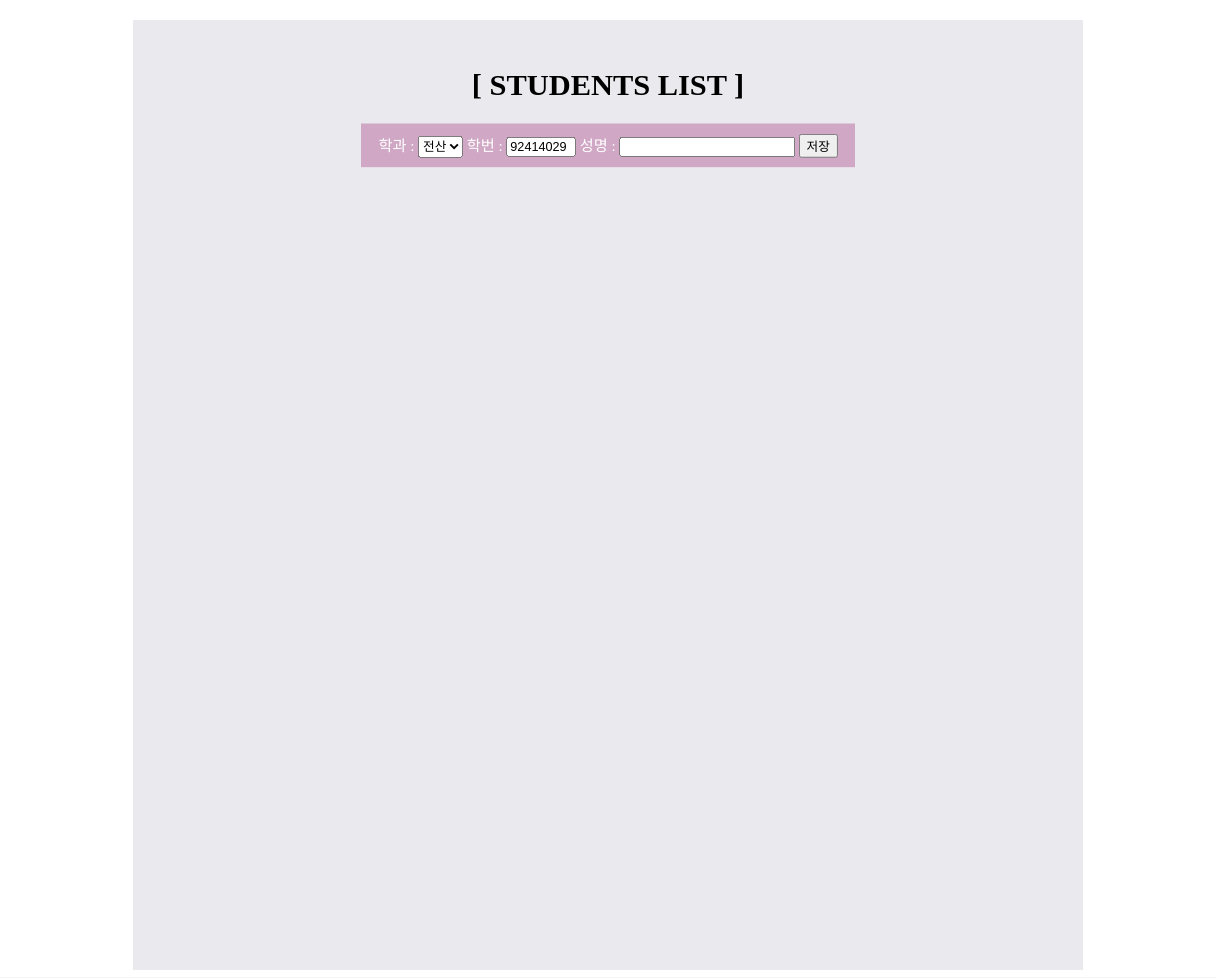
Repository: eeul07/html
Page: ex0508/WebContent/WEB-INF/students/slist.html
These files come from the project's save history. The page is drawn as it stood at one moment and after the next save; the edit follows.
The browser window is 1280 px wide. The pictures show the whole page, at 95% of full size.
Some web libraries are served in a nearby version.

Above is the page before, as saved 2020-05-08 01:11:47.

### ex0508/WebContent/WEB-INF/students/slist.html
<!DOCTYPE html>
<html>
<head>
	<meta charset="UTF-8">
	<title>학생관리</title>
	<script src="http://code.jquery.com/jquery-1.9.1.js"></script>
	<script src="https://cdnjs.cloudflare.com/ajax/libs/handlebars.js/3.0.1/handlebars.js"></script>
	<style>
		#page{background:#E9E9EE; width:1000px; height:1000px; margin:auto;}
		h1{text-align:center; padding-top:50px;}
		select{height:23px;}
		#students{background:#D0A8C5; color:white; width:500px; padding:10px; margin:auto;
				text-align:center;}
		#tbl{margin:auto; width:500px;}
	</style>
</head>
<body>
	<div id="page">
		<h1>[ STUDENTS LIST ]</h1>
		<div id="students">
			학과 : <select id="dept">
				<option>전산</option>
				<option>전자</option>
				<option>건축</option>
				</select>
			학번 : <input type="text" id="scode" maxlength=8 size=6 value="92414029">
			성명 : <input type="text" id="sname">
			<input type="button" id="btnSave" value="저장">
		</div>
		<table id="tbl" border=1 width=500></table>
		<script id="temp" type="text/x-handlebars-template">
			{{#each array}}
				<tr class=row>
					<td><input type="checkbox" class="chk"></td>
					<td class=scode>{{scode}}</td>
					<td>{{sname}}</td>
					<td>{{dept}}</td>
					<td><button>삭제</button></td>
				</tr>
			{{/each}}
		</script>
	</div>
</body>
<script>
	$("#tbl").hide();
	var scode;
	var sname;
	var dept;

	$("#btnSave").on("click", function(){
		if(!confirm("학생을 등록하시겠습니까?")) return;
		scode=$("#scode").val();
		sname=$("#sname").val();
		dept=$("#dept").val();

		$.ajax({
			type:"post",
			url:"sinsert.jsp",
			data:{"scode":scode, "sname":sname, "dept":dept},
			dataType:"json",
			success:function(data){
				if(data.cnt==1){
					alert("이미 존재하는 학생입니다.")
				}
				var temp=Handlebars.compile($("#temp").html());
				$("#tbl").html(temp(data));
			}
		});
		$("#tbl").show();
	});
</script>
</html>

After the next save:
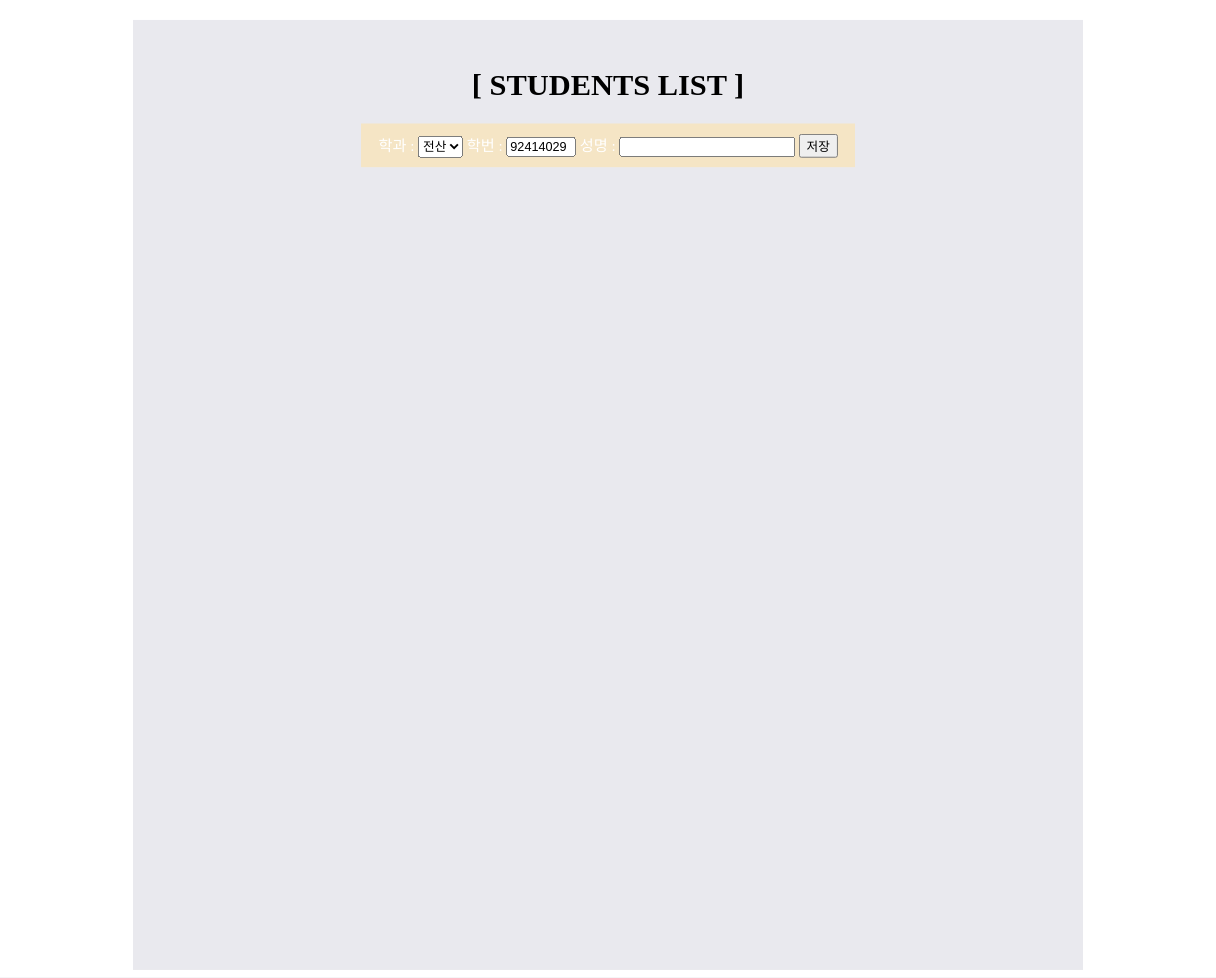
Saved 71 s later.
--- a/ex0508/WebContent/WEB-INF/students/slist.html
+++ b/ex0508/WebContent/WEB-INF/students/slist.html
@@ -9,9 +9,10 @@
 		#page{background:#E9E9EE; width:1000px; height:1000px; margin:auto;}
 		h1{text-align:center; padding-top:50px;}
 		select{height:23px;}
-		#students{background:#D0A8C5; color:white; width:500px; padding:10px; margin:auto;
+		#students{background:#F5E5C5; color:white; width:500px; padding:10px; margin:auto;
 				text-align:center;}
 		#tbl{margin:auto; width:500px;}
+		.row{border:1px solid }
 	</style>
 </head>
 <body>

After the save that followed:
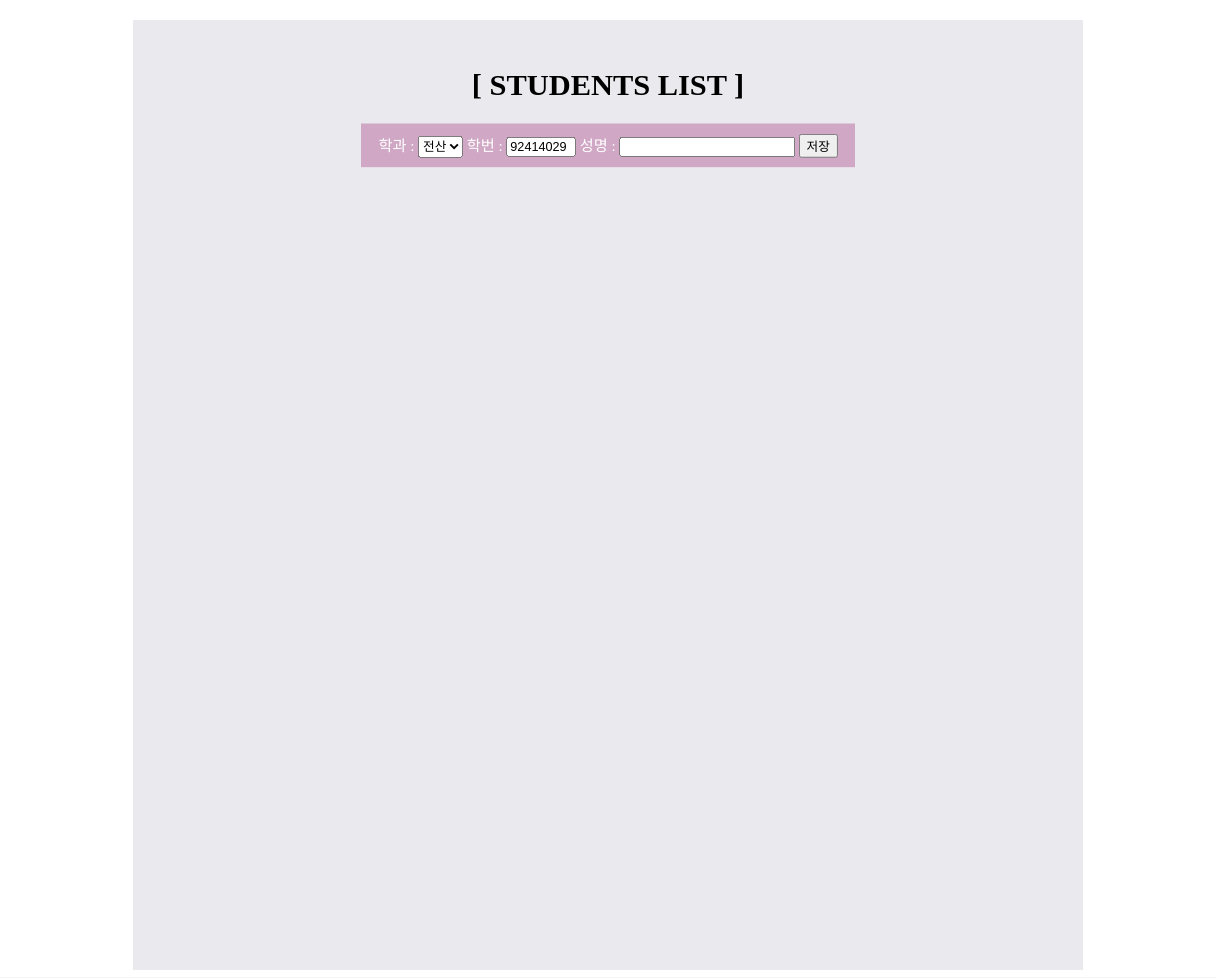
Saved 7 s later.
--- a/ex0508/WebContent/WEB-INF/students/slist.html
+++ b/ex0508/WebContent/WEB-INF/students/slist.html
@@ -9,7 +9,7 @@
 		#page{background:#E9E9EE; width:1000px; height:1000px; margin:auto;}
 		h1{text-align:center; padding-top:50px;}
 		select{height:23px;}
-		#students{background:#F5E5C5; color:white; width:500px; padding:10px; margin:auto;
+		#students{background:#D0A8C5; color:white; width:500px; padding:10px; margin:auto;
 				text-align:center;}
 		#tbl{margin:auto; width:500px;}
 		.row{border:1px solid }
